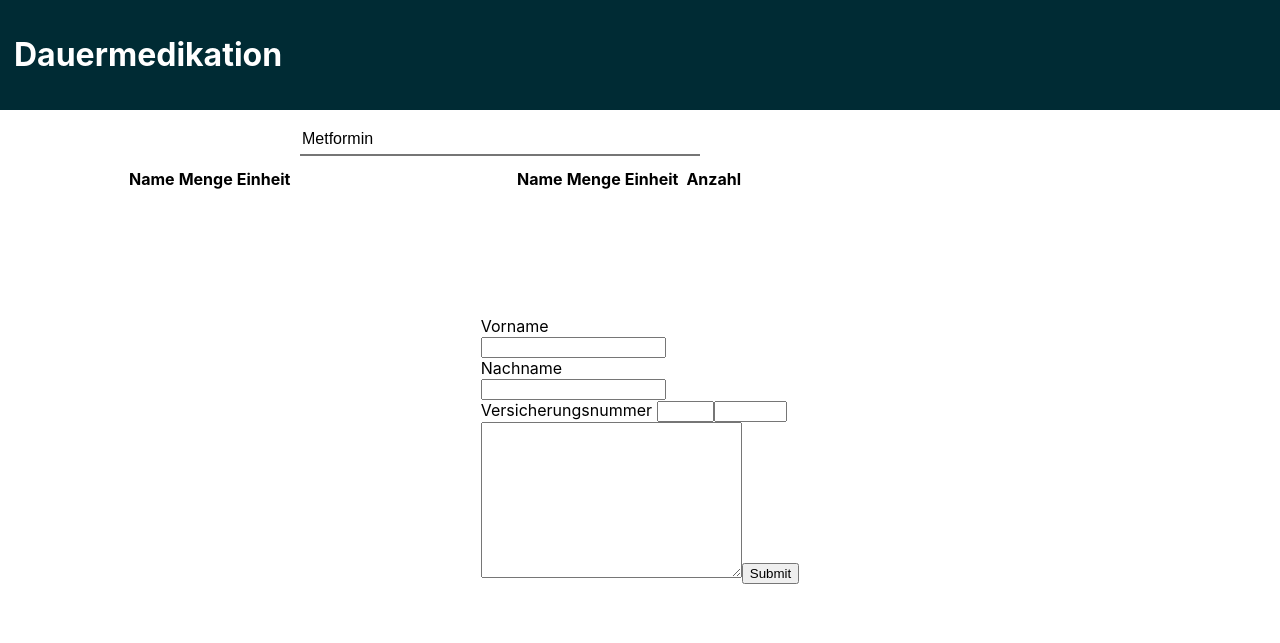
Repository: Esatollah/MedDemo
Page: / (app in client/)
The author's editor kept a copy of each file at every save. The page is drawn from the files as they stood at one save, then again after the next save.
The browser window is 1280 px wide. The pictures show the whole page.
The page's requests for data from a server got no answer. The project was rebuilt for these pictures with package versions that can differ from the ones it lists, and the page was loaded fresh each time. No one was signed in, and anything a server would have sent is missing. Also part of the build but not shown: client/src/Routes/Bestellungen.jsx.

Above is the page before, as saved 2022-06-10 12:30:12.

### client/src/App.js
import SearchBar from './Routes/Search';
import {BrowserRouter, Routes, Route} from 'react-router-dom'
import Bestellungen from './Routes/Bestellungen';
import ReactModal from 'react-modal';

ReactModal.setAppElement('#root')

function App() {
  return (
    <BrowserRouter>
    <Routes>
      <Route path='/' element={<div><SearchBar/></div>}/>
      <Route path='/bestellungen' element={<div><Bestellungen/></div>}/>
    </Routes>
    </BrowserRouter>
  );
}

export default App;

### client/src/Routes/Search.jsx
import React, { useState, useEffect } from 'react'
import DrugAPI from '../api/DrugAPI';
import Form from '../components/Form';
import Navbar from '../components/Navbar';
import { SearchWrap } from '../Styles/SearchStyles';


const Search = () => {

  const [searchinput, setSearchinput] = useState("Metformin");
  const [drugs, setDrugs] = useState([]);
  const [cartitems, setCartitems] = useState([]);

  useEffect(() => {
    const fetchData = async () => {
      try {
        const result = await DrugAPI.get(`/?drugsearch=${searchinput}`)
        setDrugs(result.data.meds)
      } catch (err) {
        console.error(err);
      }
    }

    fetchData();

  }, [searchinput])

  const handleDrugClick = (e, x) => {
    const is_in_cart = cartitems.some(y => {
      if (y.id === x.id) {
        return true;
      }

      return false;
    })

    if (is_in_cart) {
      return
    }
    let temp = { ...x, anzahl: "1" }
    setCartitems([...cartitems, temp]);
  }

  const handleDelete = (e, x, index) => {
    let temp = [...cartitems]

    temp.splice(index, 1);

    setCartitems(temp);
  }

  const handleCountchange = (e, x, index) => {
    let temps = [...cartitems]
    let temp = {
      ...temps[index],
      anzahl: e.target.value
    }
    temps[index] = temp
    setCartitems(temps);

  }


  return (
    <>
      <Navbar />
        <SearchWrap>

          <input type="search" placeholder="Suche" id="search" value={searchinput} onChange={e => setSearchinput(e.target.value)} />
          <div className='search-container'>
            <div className='table-container'>
              <table className='drugtable'>
                <thead>
                  <tr>
                    <th scope='col'>
                      Name
                    </th>
                    <th scope='col'>Menge</th>
                    <th scope='col'>Einheit</th>
                    <th scope='col'></th>
                  </tr>
                </thead>
                <tbody>
                  {drugs && drugs.map((x) => {
                    return (
                      <tr key={x.id} className="drug-row" >
                        <td className={x.name}>{x.name}</td>
                        <td>{x.menge}</td>
                        <td>{x.mengenart}</td>
                        <td><button onClick={(e) => { handleDrugClick(e, x) }}>+</ button></td>
                      </tr>
                    )
                  })}
                </tbody>

              </table>
            </div>

            <div className='cart-container'>
              <table>
                <thead>
                  <tr>
                    <th scope='col'>
                      Name
                    </th>
                    <th scope='col'>Menge</th>
                    <th scope='col'>Einheit</th>
                    <th scope='col'></th>
                    <th scope='col'>Anzahl</th>
                  </tr>
                </thead>
                <tbody>
                  {cartitems && cartitems.map((x, index) => {
                    if (x.abgabezahl) {
                      return (
                        <tr key={index} className="drug-row" >
                          <td>{x.name}</td>
                          <td>{x.menge}</td>
                          <td>{x.mengenart}</td>
                          <td><button onClick={(e) => handleDelete(e, x, index)}>-</button></td>
                          <td><select onChange={(e) => { handleCountchange(e, x, index) }}><option value="1">1</option><option value="2">2</option></select></td>
                        </tr>
                      )
                    }
                    return (
                      <tr key={index} className="drug-row" >
                        <td>{x.name}</td>
                        <td>{x.menge}</td>
                        <td>{x.mengenart}</td>
                        <td><button onClick={(e) => handleDelete(e, x, index)}>-</button></td>
                        <td>1</td>
                      </tr>
                    )
                  })}
                </tbody>
              </ table>
            </div>
          </div>
        </SearchWrap>

      <Form cartitems={cartitems} setCartitems={setCartitems} />
    </>
  )
}

export default Search

### client/src/api/DrugAPI.js
import axios from 'axios'

export default axios.create({
    baseURL: "http://localhost:5000/api"
})

### client/src/components/Form.jsx
import React, {useState}from 'react'
import DrugAPI from '../api/DrugAPI'
import { FormWrap } from '../Styles/FormStyles';
const Form = props => {

    const [fname, setFname] = useState('');
    const [lname, setLname] = useState('');
    const [vpin, setVpin] = useState('');
    const [vbday, setVbday] = useState('');
    const [anmerkungen, setAnmerkungen] = useState('');

    const handleSubmit = (e) => {

        e.preventDefault();
        const formdata = {
            fname,
            lname,
            vpin,
            vbday,
            anmerkungen
        }

        const fetchData = async () =>{
            try {
            await DrugAPI.post("/", {drugs:{...props.cartitems}, ...formdata})
            } catch (error) {
                console.error(error);
            }
    }

    fetchData();

    setFname('');setLname('');setVpin('');setVbday('');setAnmerkungen('');
    props.setCartitems([]);

}


  return (
    <FormWrap>
        <form onSubmit={(e) =>handleSubmit(e)}>
            <label htmlFor="fname">Vorname</label><br/>
            <input type="text" value={fname} id="fname" name="fname" onChange={(e)=> setFname(e.target.value)}required/><br/>
            <label htmlFor="lname">Nachname</label><br />
            <input type="text" id="lname" value={lname} onChange={(e) => setLname(e.target.value)}name="lname" required /><br/>
            <label htmlFor="pin">Versicherungsnummer  </label>
            <input type="text" id="pin" value={vpin} onChange={(e) => setVpin(e.target.value)} name="pin" size="4" minLength="4"maxLength="4" required/>
            <input type="text" id="bday" value={vbday} onChange={(e) => setVbday(e.target.value)} name="bday" size="6" minLength={6} maxLength={6} required/> <br/>
            <textarea value={anmerkungen} onChange={(e) => setAnmerkungen(e.target.value)} name="message" rows="10" cols="30" className='textarea'>
            </textarea>
            <input type="submit" value="Submit" ></input><br />
        </form>
    </FormWrap>

  )
}

export default Form

### client/src/components/Navbar.jsx
import React from 'react'
import { NavWrap } from '../Styles/NavbarStyles'
const Navbar = () => {
  return (
    <NavWrap>
        <h1>Dauermedikation</h1>
    </NavWrap>
  )
}

export default Navbar

### client/src/Styles/SearchStyles.js
import styled from 'styled-components';

export const SearchWrap = styled.div`

    display: flex;
    flex-direction: column;
    align-items: center;

    @media(min-width: 1000px) {
             width: 1000px;
         }

    #search {
    width:50%;
    height: 2rem;
    outline:none;
    border-top: hidden;
    border-right: hidden;
    border-left: hidden;
    font-size: 1rem;@media(min-width: 1000px) {
             width: 40%;
         }
    margin-bottom: 10px;
}

.table-container {
    max-height: 200px;
    max-width: 80%;
    overflow-y: auto;
}


.drug-row:hover {
    background-color: beige;
}

.drugtable tbody tr {
border: 1px;
}

.search-container {
    width: 90%;

    @media(min-width: 1000px) {
        display:flex;
        flex-direction: row;
        justify-content: center;
        gap: 28px;
    }

    .table-container {
        width :100%;
        height: 150px;
        display:flex;
         @media(min-width: 1000px) {
             width: 40%;
             display:flex;
         }
    }

    .cart-container {
        width: 100%;
        display:flex;
        @media(min-width: 1000px) {
             width: 40%;
             display:flex;
         }
    }
}

`;

### client/src/Styles/FormStyles.js
import styled from 'styled-components';

export const FormWrap = styled.div`
    display:flex;
    align-items: center;
    justify-content: center;

    label {
        align-self: center;
    }

`;

### client/src/Styles/NavbarStyles.js
import styled from "styled-components"

export const NavWrap = styled.div`
    width:100%;
    padding: 14px 0;
    background-color: #002b34;
    margin-bottom: 14px;
    h1 {
        margin-left: 14px;
        color: #fff
    }
`;

Loaded but not shown: client/public/index.html (common file); client/src/index.js (common file); client/src/index.css (common file)

After the next save:
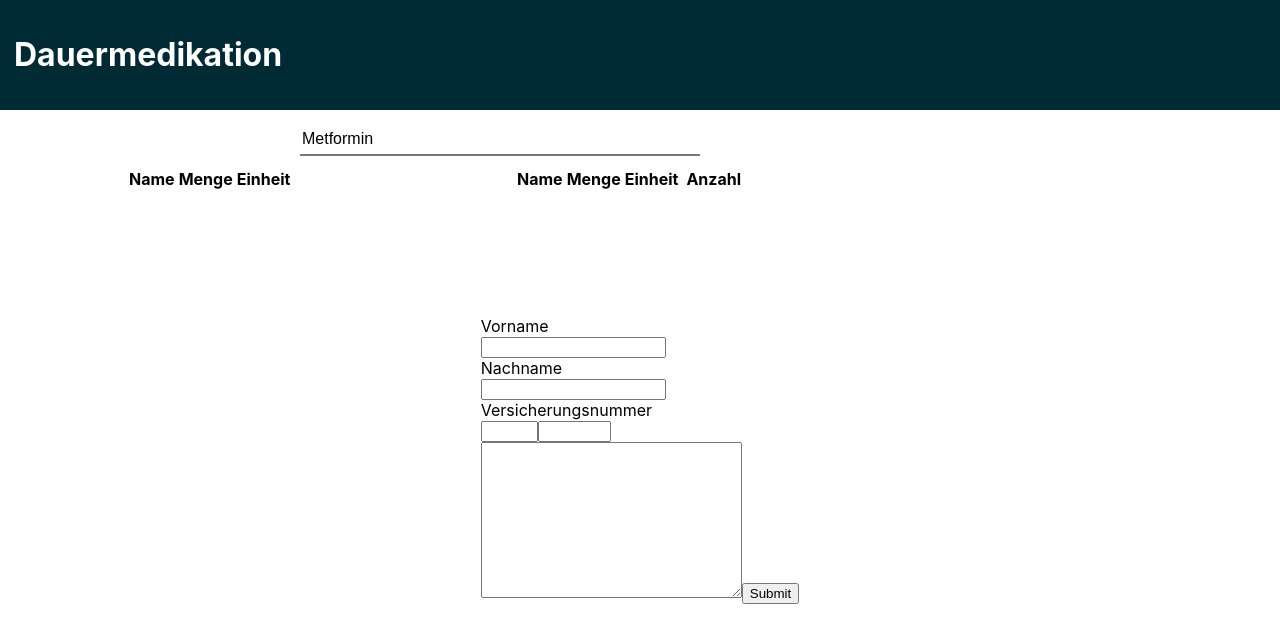
Saved 25 s later.
--- a/client/src/components/Form.jsx
+++ b/client/src/components/Form.jsx
@@ -43,7 +43,7 @@ const Form = props => {
             <input type="text" value={fname} id="fname" name="fname" onChange={(e)=> setFname(e.target.value)}required/><br/>
             <label htmlFor="lname">Nachname</label><br />
             <input type="text" id="lname" value={lname} onChange={(e) => setLname(e.target.value)}name="lname" required /><br/>
-            <label htmlFor="pin">Versicherungsnummer  </label>
+            <label htmlFor="pin">Versicherungsnummer  </label> <br/>
             <input type="text" id="pin" value={vpin} onChange={(e) => setVpin(e.target.value)} name="pin" size="4" minLength="4"maxLength="4" required/>
             <input type="text" id="bday" value={vbday} onChange={(e) => setVbday(e.target.value)} name="bday" size="6" minLength={6} maxLength={6} required/> <br/>
             <textarea value={anmerkungen} onChange={(e) => setAnmerkungen(e.target.value)} name="message" rows="10" cols="30" className='textarea'>
